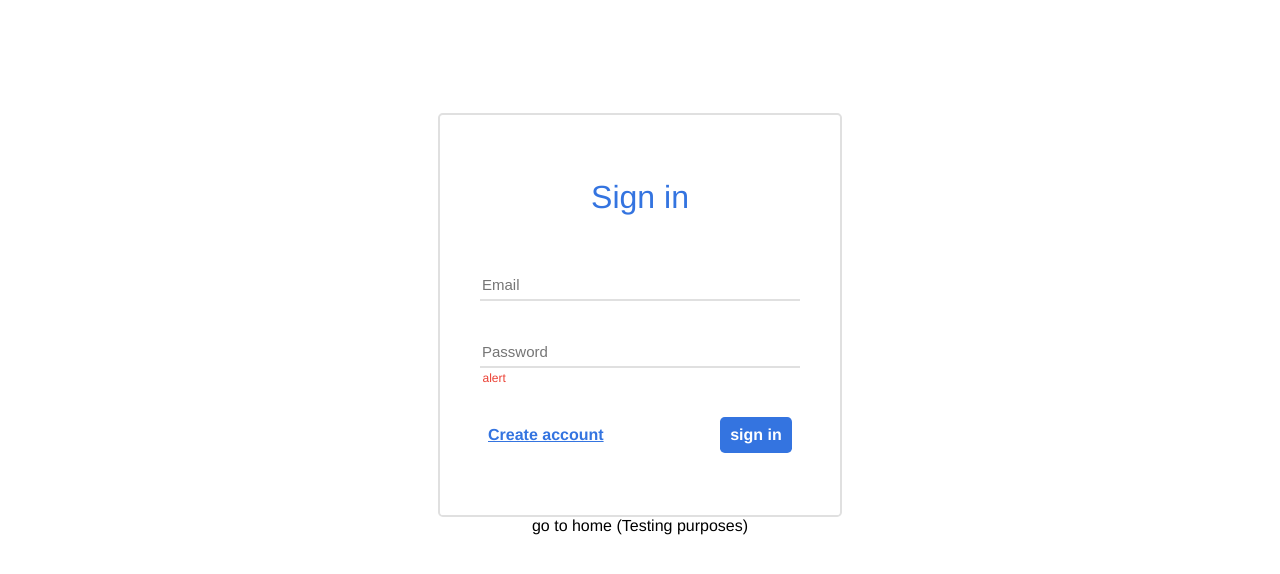
Repository: MohannadSoliman/mail-server-web
Page: / (app in frontend/)
These files come from the project's save history. The page is drawn as it stood at one moment and after the next save; the edit follows.
The browser window is 1280 px wide. The pictures show the whole page.
The project was rebuilt for these pictures with package versions that can differ from the ones it lists, and the page was loaded fresh each time. Also part of the build but not shown: frontend/src/views/signUp.vue, frontend/src/components/sideMenu/folder.vue, frontend/src/components/sideNav.vue, frontend/src/components/header/searchBar.vue, frontend/src/components/header.vue, frontend/src/components/controlBar.vue, frontend/src/components/compose.vue, frontend/src/components/compose/emailCard.vue and 1 more.

Above is the page before, as saved 2020-12-21 22:28:19.

After the next save:
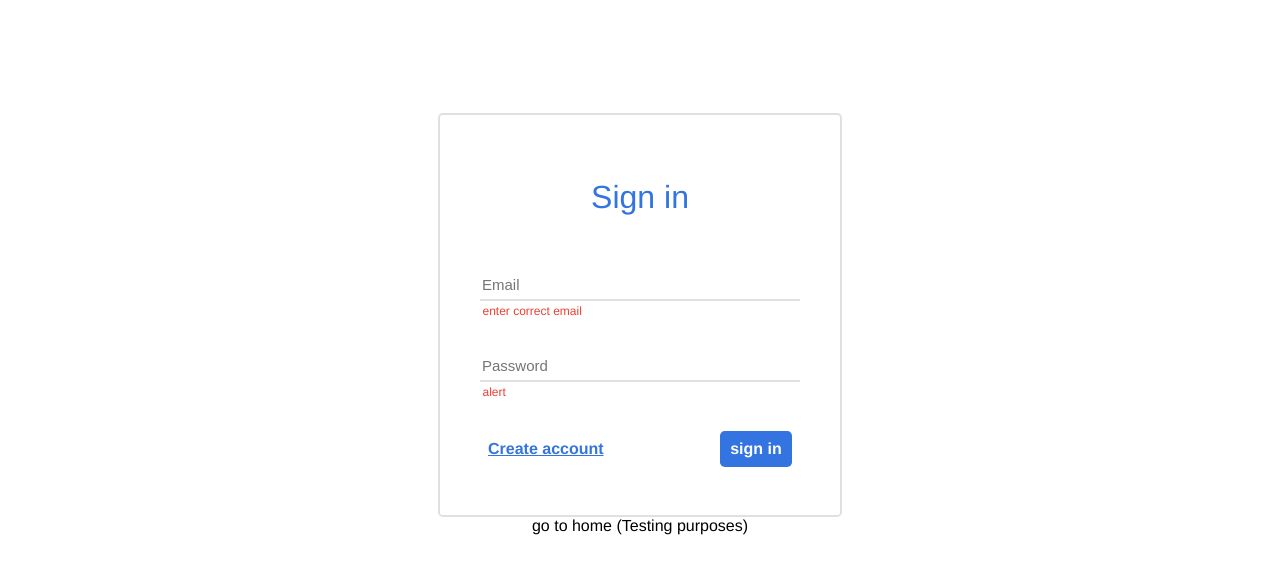
Saved 57 s later.
--- a/frontend/src/views/signIn.vue
+++ b/frontend/src/views/signIn.vue
@@ -4,7 +4,7 @@
       <div id="sign-in-form">
         <h1 id="login-label">Sign in</h1>
         <input id ="email" placeholder="Email" type="text" @keydown="Check()">
-        <div class="alert" id="signIn-email-alert"></div>
+        <div class="alert" id="signIn-email-alert">enter correct email</div>
         <input id="pass" placeholder="Password" type="password">
         <div class="alert" id="signIn-password-alert">alert</div>
         <div class="nav">
@@ -38,9 +38,9 @@
       var pattern = /^[^ ]+@[^ ]+\.[a-z]{2,3}$/;
 
       if(email == ""){
-        alert_text.write("enter correct email")
+        alert_text.remove("alert")
       }else if(email.match(pattern)){
-        alert_text.write("valid")
+        alert_text.innerHTML = "valid"
       }
       else {
         alert_text.innerHTML = "invalid"

After the 2 saves that followed:
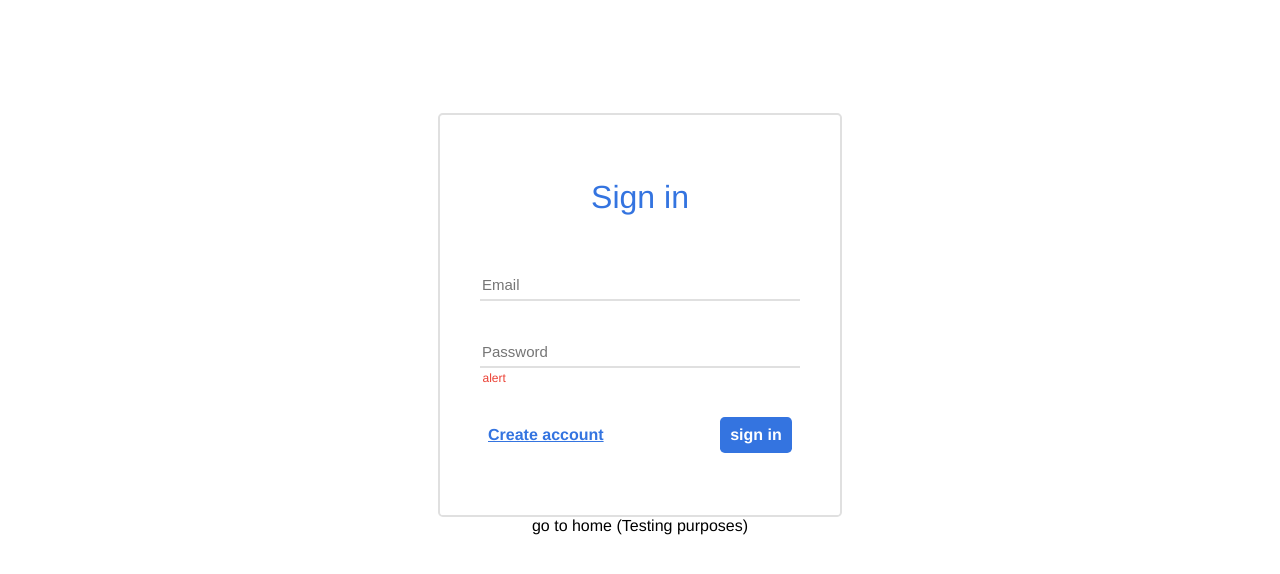
The 2 saves are shown as one change because 1 left the picture as it was.
The last was saved 9 min 9 s later.
--- a/frontend/src/views/signIn.vue
+++ b/frontend/src/views/signIn.vue
@@ -4,7 +4,7 @@
       <div id="sign-in-form">
         <h1 id="login-label">Sign in</h1>
         <input id ="email" placeholder="Email" type="text" @keydown="Check()">
-        <div class="alert" id="signIn-email-alert">enter correct email</div>
+        <div class="alert" id="signIn-email-alert"> </div>
         <input id="pass" placeholder="Password" type="password">
         <div class="alert" id="signIn-password-alert">alert</div>
         <div class="nav">
@@ -37,9 +37,7 @@
       var alert_text = document.getElementById("signIn-email-alert")
       var pattern = /^[^ ]+@[^ ]+\.[a-z]{2,3}$/;
 
-      if(email == ""){
-        alert_text.remove("alert")
-      }else if(email.match(pattern)){
+      if(email.match(pattern)){
         alert_text.innerHTML = "valid"
       }
       else {
